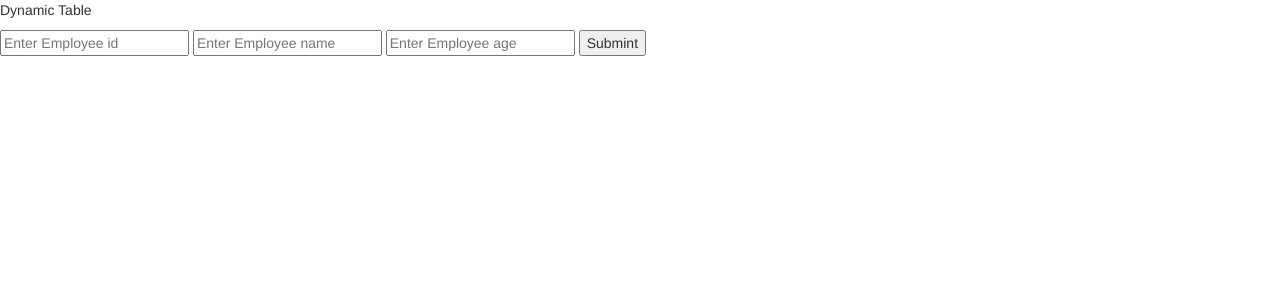
Repository: NathanDPoole/Personal
Page: Training/JavaScriptEx/src/main/webapp/html/dynamicTable.html
These files come from the project's save history. The page is drawn as it stood at one moment and after the next save; the edit follows.
The browser window is 1280 px wide. The pictures show the whole page.

Above is the page before, as saved 2017-12-29 15:43:32.

### Training/JavaScriptEx/src/main/webapp/html/dynamicTable.html
<!DOCTYPE html>
<html>
<head>
<meta charset="ISO-8859-1">
<link rel="stylesheet"
        href="https://maxcdn.bootstrapcdn.com/bootstrap/3.3.7/css/bootstrap.min.css"
        integrity="sha384-BVYiiSIFeK1dGmJRAkycuHAHRg32OmUcww7on3RYdg4Va+PmSTsz/K68vbdEjh4u"
        crossorigin="anonymous">
<title>Dynamic Table</title>
</head>
<body>

	<header>
		<div>
			<p>Dynamic Table</p>
			<div>
				<form>
					<input type="text" placeholder="Enter Employee id" />
					<input type="text" placeholder="Enter Employee name" />
					<input type="text" placeholder="Enter Employee age" />
					<input type="submit" value="Submint" />
				</form>
			</div>
		</div>
	</header>

	<section>

	</section>

</body>
</html>

After the next save:
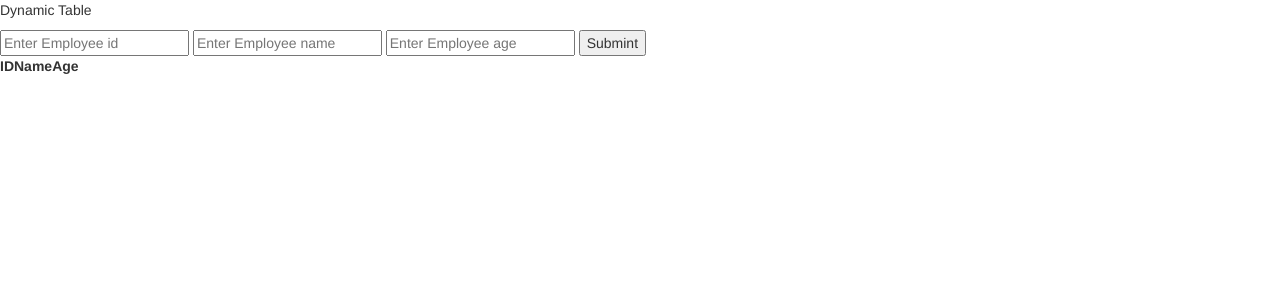
Saved 62 s later.
--- a/Training/JavaScriptEx/src/main/webapp/html/dynamicTable.html
+++ b/Training/JavaScriptEx/src/main/webapp/html/dynamicTable.html
@@ -25,7 +25,15 @@
 	</header>
 
 	<section>
-
+		<div>
+			<table>
+				<tbody>
+					<th>ID</th>
+					<th>Name</th>
+					<th>Age</th>
+				</tbody>
+			</table>
+		</div>
 	</section>
 
 </body>
